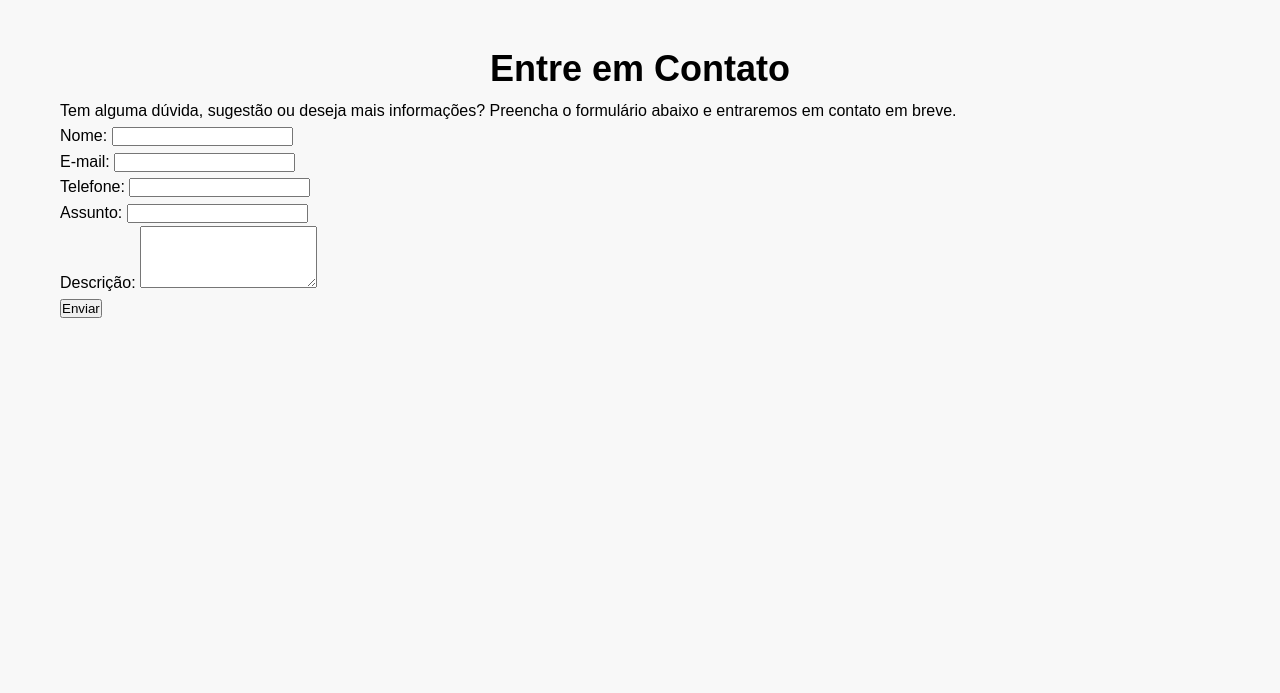
Repository: rodrigototy/ETE-PE
Page: tourism-agency/pages/contato.html
The author's editor kept a copy of each file at every save. The page is drawn from the files as they stood at one save, then again after the next save.
The browser window is 1280 px wide. The pictures show the whole page.

Above is the page before, as saved 2024-04-04 19:13:10.

### tourism-agency/pages/contato.html
<!DOCTYPE html>
<html lang="pt-BR">
<head>
  <meta charset="UTF-8">
  <meta name="viewport" content="width=device-width, initial-scale=1.0">
  <link rel="stylesheet" href="../static/css/style.css">
  <title>Contato - Terra Brasilis</title>
</head>
<body>
  <div id="header"></div>
  <main>
    <h1>Entre em Contato</h1>
    <p>Tem alguma dúvida, sugestão ou deseja mais informações? Preencha o formulário abaixo e entraremos em contato em breve.</p>
    <form action="enviar.php" method="post">
      <div class="form-group">
        <label for="nome">Nome:</label>
        <input type="text" id="nome" name="nome" required>
      </div>
      <div class="form-group">
        <label for="email">E-mail:</label>
        <input type="email" id="email" name="email" required>
      </div>
      <div class="form-group">
        <label for="telefone">Telefone:</label>
        <input type="tel" id="telefone" name="telefone" required>
      </div>
      <div class="form-group">
        <label for="assunto">Assunto:</label>
        <input type="text" id="assunto" name="assunto" required>
      </div>
      <div class="form-group">
        <label for="descricao">Descrição:</label>
        <textarea id="descricao" name="descricao" rows="4" required></textarea>
      </div>
      <button type="submit">Enviar</button>
    </form>
  </main>
  <div id="footer"></div>
</body>
</html>

### tourism-agency/static/css/style.css
/* Reset de estilos padrão */
* {
  margin: 0;
  padding: 0;
  box-sizing: border-box;
}

/* Estilos globais */
body {
  font-family: Arial, sans-serif;
  background-color: #f8f8f8;
  line-height: 1.6;
  margin: 0;
  max-width: 1200px;
  margin: 0 auto;
  padding: 20px;
}

header img {
  max-width: 100%;
  height: auto;
  padding: 5px 20px;
  border-radius: 3rem;
}

/* Estilizar o header */
header {
  background-color: #3498db;
  color: #fff;
  padding: 10px 0;
  display: flex;
  justify-content: space-between;
  align-items: center;
  border-radius: 20px;
}

nav {
  display: flex;
  justify-content: flex-end;
  align-items: center;
  padding: 10px 50px;
}

nav ul {
  list-style: none;
  display: flex;
}

nav li {
  margin-left: 20px;
}

nav a {
  text-decoration: none;
  color: #fff;
  font-weight: bold;
}

/* Estilizar o h1 do main */
main h1 {
  font-size: 36px;
  margin: 20px 0 0 0;
  text-align: center;
}

/* Estilizar os cards */
.card {
  display: flex;
  border: 1px solid #ccc;
  padding: 10px;
  margin: 10px;
  box-shadow: 0 2px 5px rgba(0, 0, 0, 0.2);
  border-radius: 10px;
}

.card img {
  max-width: 300px;
  height: auto;
}

.texto {
  display: flex;
  flex-direction: column;
  align-content: flex-start;
  padding-left: 10px;
}

/* Estilizar o footer */
footer {
  background-color: #333;
  color: #fff;
  text-align: center;
  padding: 0px 20px;
  border-radius: 20px;
}

footer h2 {
  margin: 10px;
}

footer p {
  margin: 0px 0px 20px 20px;
}

footer a {
  text-decoration: none;
  color: #fff;
  font-weight: bold;
}

/* Estilizar o footer ul */
footer ul {
  list-style: none;
  display: flex;
  justify-content: flex-end;
}

footer li {
  margin-left: 10px;
}

.about {
  display: flex;
  align-items: center;
}

.about img {
  border-radius: 2rem;
}

### tourism-agency/static/js/submain.js
document.addEventListener("DOMContentLoaded", function () {
  const header = document.getElementById("header");
  const footer = document.getElementById("footer");

  // Carrega o header
  fetch("../static/templates/submain/header.html")
    .then((response) => response.text())
    .then((data) => {
      header.innerHTML = data;
    });

  // Carrega o footer
  fetch("../static/templates/submain/footer.html")
    .then((response) => response.text())
    .then((data) => {
      footer.innerHTML = data;
    });
});

### tourism-agency/static/templates/submain/header.html
<header>
  <a href="../index.html">
    <img
      src="../static/img/logo-agency.png"
      alt="Logotipo Terra Brasilis"
      width="200"
    />
  </a>
  <nav>
    <ul>
      <li><a href="pontos_turisticos.html">Pontos Turísticos</a></li>
      <li><a href="#">Passagens</a></li>
      <li><a href="#">Hospedagem</a></li>
    </ul>
  </nav>
</header>

### tourism-agency/static/templates/submain/footer.html

<footer>
    <div class="about">
      <img src="../static/img/logo-agency.png" alt="Logotipo Terra Brasilis" height="120"/>
      <div>
        <h2>Sobre nós</h2>
        <p>
          Terra Brasilis é um site que ajuda você a planejar sua viagem dentro
          do Brasil, desde a compra das passagens, até a visita aos pontos
          turísticos mais importantes de cada região!
        </p>
      </div>
      <div class="redes">
        <p>Siga-nos nas redes sociais</p>
      <ul>
        <li><a href="https://facebook.com">Facebook</a></li>
        <li><a href="https://instagram.com">Instagram</a></li>
        <li><a href="https://linkedin.com">Linkedin</a></li>
      </ul></div>
    </div>
    <a class="repository"
      href="https://github.com/rodrigototy/ETE-PE/tree/main/tourism-agency"
      >Veja o repositório da página no GitHub</a
    ><br /><br />
  </footer>

After the next save:
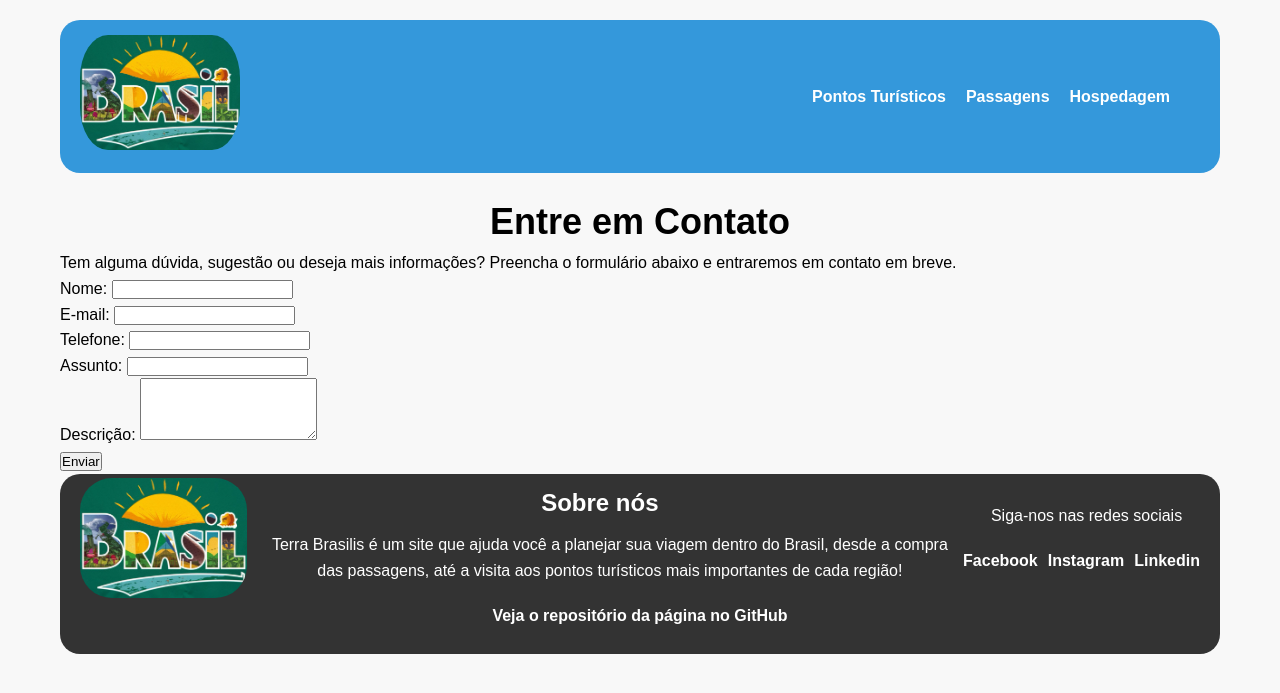
Saved 21 s later.
--- a/tourism-agency/pages/contato.html
+++ b/tourism-agency/pages/contato.html
@@ -5,6 +5,7 @@
   <meta name="viewport" content="width=device-width, initial-scale=1.0">
   <link rel="stylesheet" href="../static/css/style.css">
   <title>Contato - Terra Brasilis</title>
+  <script src="../static/js/submain.js" defer></script>
 </head>
 <body>
   <div id="header"></div>
